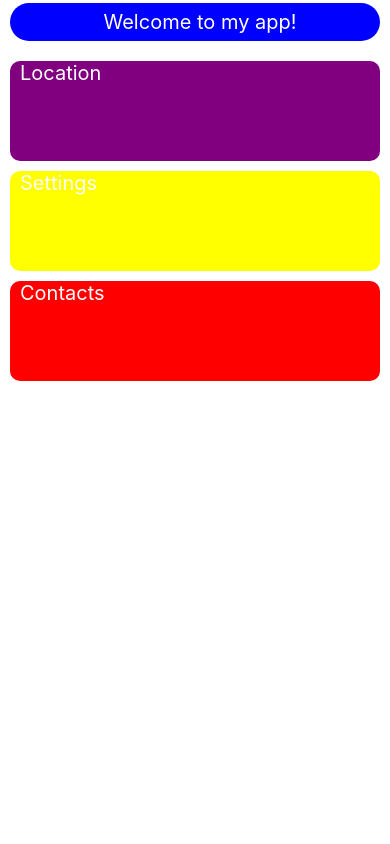
Repository: amirjavadikia/mobile-projectg
Screen: /
These files come from the project's save history. The screen is drawn as it stood at one moment and after a run of saves; the edit follows.
The app was drawn by React Native's web renderer in a window 390 px wide. The project was rebuilt for these pictures with package versions that can differ from the ones it lists, and the page was loaded fresh each time.

Above is the screen before, as saved 2024-04-24 20:53:27.

After the next 2 saves:
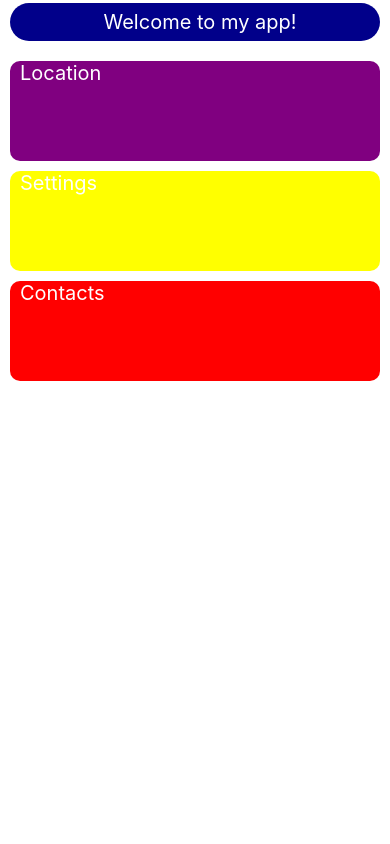
The 2 saves are shown as one change because they came seconds apart.
The last was saved 2 min 37 s later.
--- a/App.tsx
+++ b/App.tsx
@@ -41,7 +41,7 @@ const styles = StyleSheet.create({
     marginBottom: 10
   },
   blueBackground: {
-    backgroundColor: 'blue',
+    backgroundColor: '#01008A',
     borderRadius: 30,
     width: '100%',
     height: '10%',
